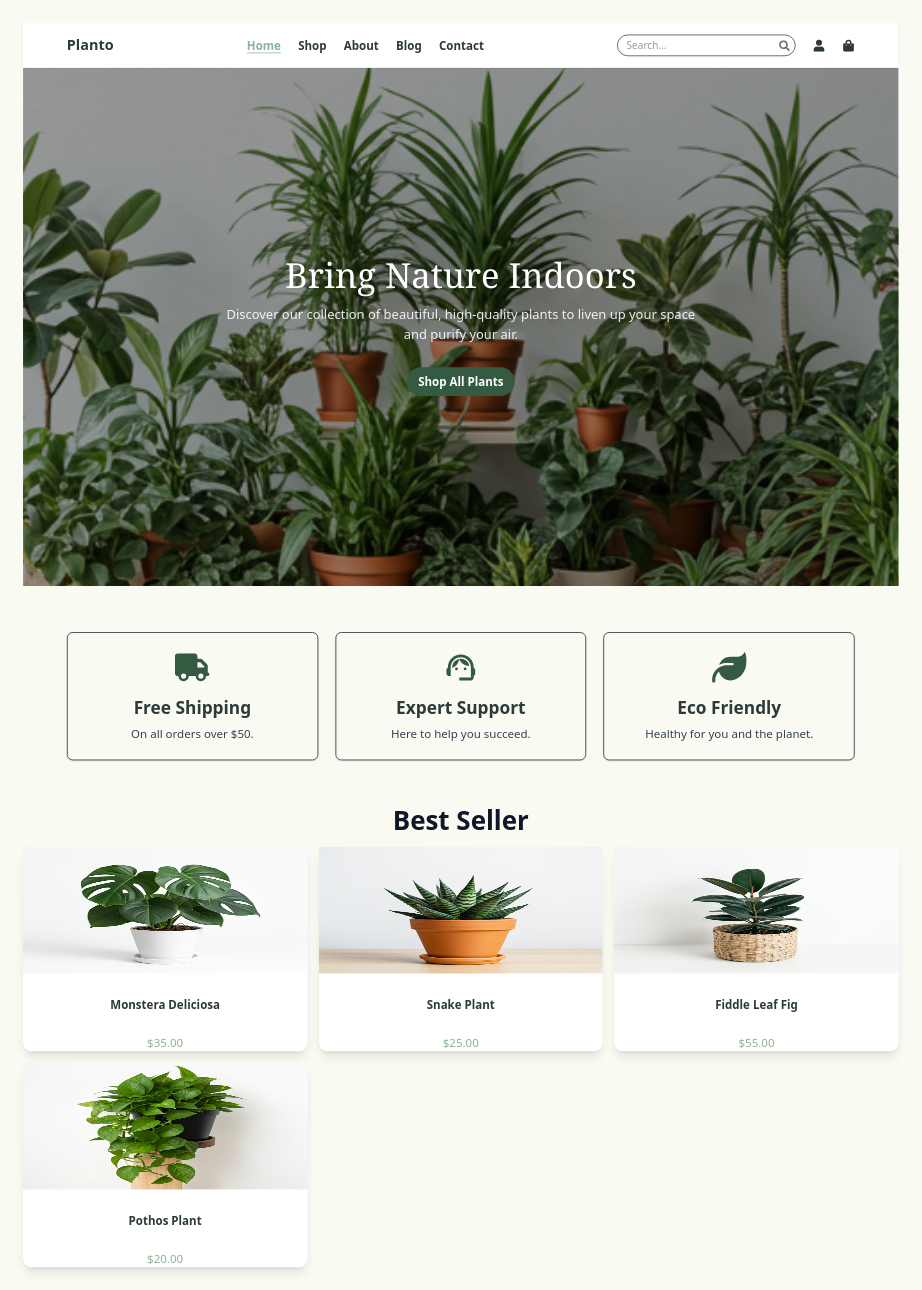
Repository: mazenessam99/Planto
Page: /
These files come from the project's save history. The page is drawn as it stood at one moment and after the next save; the edit follows.
The browser window is 1280 px wide. The pictures show the whole page, at 72% of full size.
The project was rebuilt for these pictures with package versions that can differ from the ones it lists, and the page was loaded fresh each time. Also part of the build but not shown: vite.config.js.

Above is the page before, as saved 2025-11-22 23:06:01.

After the next save:
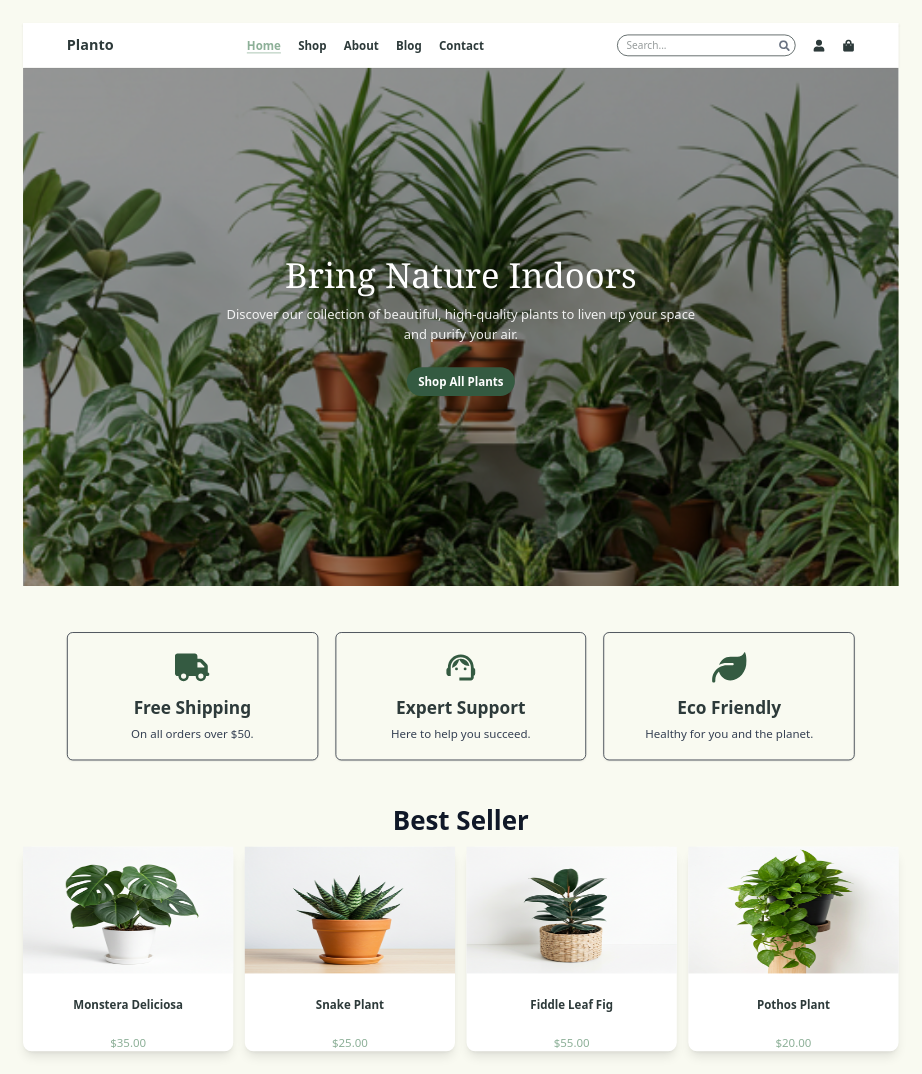
Saved 17 s later.
--- a/src/components/layout/BestSeller.jsx
+++ b/src/components/layout/BestSeller.jsx
@@ -6,7 +6,7 @@ const BestSeller = () => {
   return (
     <section>
         <h2 className="text-4xl text-center font-bold mb-4">Best Seller</h2>
-        <div className='grid grid-cols-1 sm:grid-cols-2 lg:grid-cols-3 gap-4'>
+        <div className='grid grid-cols-1 sm:grid-cols-2 lg:grid-cols-4 gap-4'>
             {BESTSELLER_CARDS.map((card,index)=>(
                 <ProductCard src={card.src} title={card.title} price={card.price}/>
         ))}
